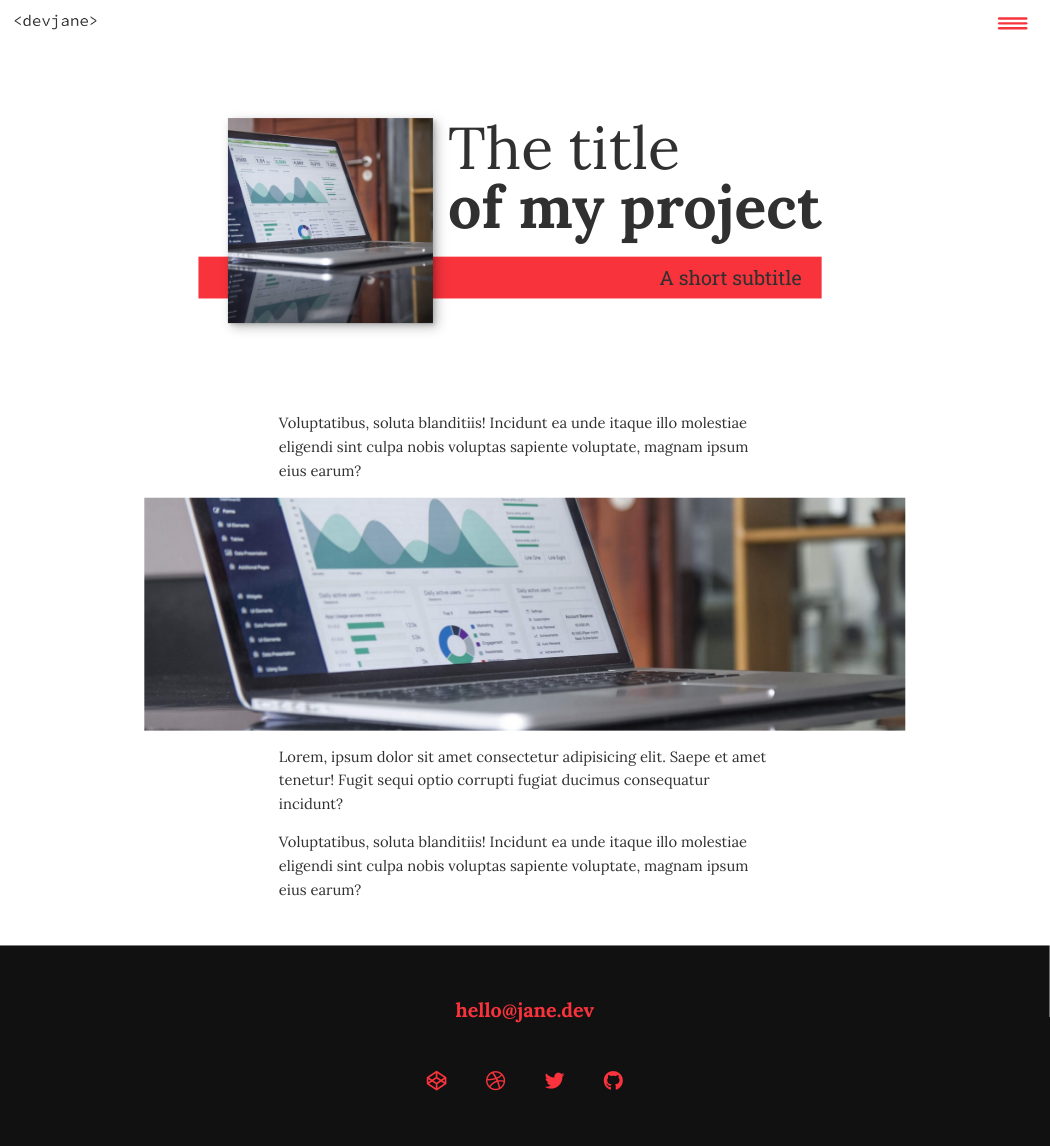
Repository: DinoDime/site
Page: portfolio-item.html
The author's editor kept a copy of each file at every save. The page is drawn from the files as they stood at one save, then again after the next save.
The browser window is 1280 px wide. The pictures show the whole page, at 82% of full size.
Some web libraries are served in a nearby version.

Above is the page before, as saved 2021-04-29 07:57:43.

### portfolio-item.html
<!DOCTYPE html>
<html lang="en">
  <head>
    <link
      rel="stylesheet"
      href="https://cdnjs.cloudflare.com/ajax/libs/normalize/8.0.1/normalize.css"
    />
    <meta charset="UTF-8" />
    <meta name="viewport" content="width=device-width, initial-scale=1.0" />
    <title>DevJane Portfolio Website</title>
    <link
      rel="stylesheet"
      href="https://cdnjs.cloudflare.com/ajax/libs/normalize/7.0.0/normalize.min.css"
    />
    <link
      rel="stylesheet"
      href="https://cdnjs.cloudflare.com/ajax/libs/font-awesome/5.11.2/css/all.css"
      integrity="sha256-46qynGAkLSFpVbEBog43gvNhfrOj+BmwXdxFgVK/Kvc="
      crossorigin="anonymous"
    />

    <!-- Update these with your own fonts -->
    <link
      href="https://fonts.googleapis.com/css?family=Lora:400,700|Roboto+Slab:400,700&display=swap"
      rel="stylesheet"
    />

    <link rel="stylesheet" href="css/style.css" />
  </head>
  <body>
    <header>
      <div class="logo">
        <img src="img/devjane.png" alt="" />
      </div>
      <button class="nav-toggle" aria-label="toggle navigation">
        <span class="hamburger"></span>
      </button>
      <nav class="nav">
        <ul class="nav__list">
          <li class="nav__item">
            <a href="index.html" class="nav__link">Home</a>
          </li>
          <li class="nav__item">
            <a href="index.html#services" class="nav__link">My Services</a>
          </li>
          <li class="nav__item">
            <a href="index.html#about" class="nav__link">About me</a>
          </li>
          <li class="nav__item">
            <a href="index.html#work" class="nav__link">My Work</a>
          </li>
        </ul>
      </nav>
    </header>

    <section class="intro">
      <h1 class="section__title section__title--intro">
        The title <strong>of my project</strong>
      </h1>
      <p class="section__subtitle section__subtitle--intro">A short subtitle</p>
      <img src="img/portfolio-01.jpg" alt="" class="intro__img" />
    </section>

    <div class="portfolio-item-individual">
      <p>
        Voluptatibus, soluta blanditiis! Incidunt ea unde itaque illo molestiae
        eligendi sint culpa nobis voluptas sapiente voluptate, magnam ipsum eius
        earum?
      </p>
      <img src="img/portfolio-details.jpg" alt="" />
      <p>
        Lorem, ipsum dolor sit amet consectetur adipisicing elit. Saepe et amet
        tenetur! Fugit sequi optio corrupti fugiat ducimus consequatur incidunt?
      </p>
      <p>
        Voluptatibus, soluta blanditiis! Incidunt ea unde itaque illo molestiae
        eligendi sint culpa nobis voluptas sapiente voluptate, magnam ipsum eius
        earum?
      </p>
    </div>

    <!-- Footer -->
    <footer class="footer">
      <!-- replace with your own email address -->
      <a href="mailto:hello@jane.dev" class="footer__link">hello@jane.dev</a>
      <ul class="social-list">
        <li class="social-list__item">
          <a class="social-list__link" href="https://codepen.io">
            <i class="fab fa-codepen"></i>
          </a>
        </li>
        <li class="social-list__item">
          <a class="social-list__link" href="http://dribbble.com">
            <i class="fab fa-dribbble"></i>
          </a>
        </li>
        <li class="social-list__item">
          <a class="social-list__link" href="https://twitter.com">
            <i class="fab fa-twitter"></i>
          </a>
        </li>
        <li class="social-list__item">
          <a class="social-list__link" href="https://github.com">
            <i class="fab fa-github"></i>
          </a>
        </li>
      </ul>
    </footer>

    <script src="js/index.js"></script>
  </body>
</html>

### css/style.css
*,
*::before,
*::after {
  box-sizing: border-box;
}

/* Custom Properties, update these for your own design */

:root {
  --ff-primary: "Lora", serif;
  --ff-secondary: "Roboto Slab", serif;

  --fw-reg: 400;
  --fw-bold: 700;

  --clr-light: #fff;
  --clr-dark: #303030;
  --clr-accent: #f8333c;

  --fs-h1: 3rem;
  --fs-h2: 2.25rem;
  --fs-h3: 1.25rem;
  --fs-body: 1rem;

  --bs: 0.25em 0.25em 0.75em rgba(0, 0, 0, 0.25),
    0.125em 0.125em 0.25em rgba(0, 0, 0, 0.15);
}

@media (min-width: 800px) {
  :root {
    --fs-h1: 4.5rem;
    --fs-h2: 3.75rem;
    --fs-h3: 1.5rem;
    --fs-body: 1.125rem;
  }
}

/* General styles */

/* endable this to add smooth scrolling */
/* html {
    scroll-behavior: smooth;
} */

body {
  background: var(--clr-light);
  color: var(--clr-dark);
  margin: 0;
  font-family: var(--ff-primary);
  font-size: var(--fs-body);
  line-height: 1.6;
}

section {
  padding: 5em 2em;
}

img {
  display: block;
  max-width: 100%;
}

strong {
  font-weight: var(--fw-bold);
}

:focus {
  outline: 3px solid var(--clr-accent);
  outline-offset: 3px;
}

/* Buttons */

.btn {
  display: inline-block;
  padding: 0.5em 2.5em;
  background: var(--clr-accent);
  color: var(--clr-dark);
  text-decoration: none;
  cursor: pointer;
  font-size: 0.8rem;
  text-transform: uppercase;
  letter-spacing: 2px;
  font-weight: var(--fw-bold);
  transition: transform 200ms ease-in-out;
}

.btn:hover {
  transform: scale(1.1);
}

/* Typography */

h1,
h2,
h3 {
  line-height: 1;
  margin: 0;
}

h1 {
  font-size: var(--fs-h1);
}
h2 {
  font-size: var(--fs-h2);
}
h3 {
  font-size: var(--fs-h3);
}

.section__title {
  margin-bottom: 0.25em;
}

.section__title--intro {
  font-weight: var(--fw-reg);
}

.section__title--intro strong {
  display: block;
}

.section__subtitle {
  margin: 0;
  font-size: var(--fs-h3);
}

.section__subtitle--intro,
.section__subtitle--about {
  background: var(--clr-accent);
  padding: 0.25em 1em;
  font-family: var(--ff-secondary);
  margin-bottom: 1em;
}

.section__subtitle--work {
  color: var(--clr-accent);
  font-weight: var(--fw-bold);
  margin-bottom: 2em;
}

/* header */

header {
  display: flex;
  justify-content: space-between;
  padding: 1em;
}

.logo {
  max-width: 100px;
}

.nav {
  position: fixed;
  background: var(--clr-dark);
  color: var(--clr-light);
  top: 0;
  bottom: 0;
  left: 0;
  right: 0;
  z-index: 100;

  transform: translateX(100%);
  transition: transform 250ms cubic-bezier(0.5, 0, 0.5, 1);
}

.nav__list {
  list-style: none;
  display: flex;
  height: 100%;
  flex-direction: column;
  justify-content: space-evenly;
  align-items: center;
  margin: 0;
  padding: 0;
}

.nav__link {
  color: inherit;
  font-weight: var(--fw-bold);
  font-size: var(--fs-h2);
  text-decoration: none;
}

.nav__link:hover {
  color: var(--clr-accent);
}

.nav-toggle {
  padding: 0.5em;
  background: transparent;
  border: 0;
  cursor: pointer;
  position: absolute;
  right: 1em;
  top: 1em;
  z-index: 1000;
}

.nav-open .nav {
  transform: translateX(0);
}

.nav-open .nav-toggle {
  position: fixed;
}

.nav-open .hamburger {
  transform: rotate(0.625turn);
}

.nav-open .hamburger::before {
  transform: rotate(90deg) translateX(-6px);
}

.nav-open .hamburger::after {
  opacity: 0;
}

.hamburger {
  display: block;
  position: relative;
}

.hamburger,
.hamburger::before,
.hamburger::after {
  background: var(--clr-accent);
  width: 2em;
  height: 3px;
  border-radius: 1em;
  transition: transform 250ms ease-in-out;
}

.hamburger::before,
.hamburger::after {
  content: "";
  position: absolute;
  left: 0;
  right: 0;
}

.hamburger::before {
  top: 6px;
}
.hamburger::after {
  bottom: 6px;
}

/*  Intro section  */

.intro {
  position: relative;
}

.intro__img {
  box-shadow: var(--bs);
}

.section__subtitle--intro {
  display: inline-block;
}

@media (min-width: 600px) {
  .intro {
    display: grid;
    width: min-content;
    margin: 0 auto;
    grid-column-gap: 1em;
    grid-template-areas:
      "img title"
      "img subtitle";
    grid-template-columns: min-content max-content;
  }

  .intro__img {
    grid-area: img;
    min-width: 250px;
    position: relative;
    z-index: 2;
  }

  .section__subtitle--intro {
    align-self: start;
    grid-column: -1 / 1;
    grid-row: 2;
    text-align: right;
    position: relative;
    left: -1.5em;
    width: calc(100% + 1.5em);
  }
}

/*  My services section  */

.my-services {
  background-color: var(--clr-dark);
  background-image: url(../img/services-bg.jpg);
  background-size: cover;
  /* background-blend-mode: multiply; */
  color: var(--clr-light);
  text-align: center;
}

.section__title--services {
  color: var(--clr-accent);
  position: relative;
}

.section__title--services::after {
  content: "";
  display: block;
  width: 2em;
  height: 1px;
  margin: 0.5em auto 1em;
  background: var(--clr-light);
  opacity: 0.25;
}

.services {
  margin-bottom: 4em;
}

.service {
  max-width: 500px;
  margin: 0 auto;
}

@media (min-width: 800px) {
  .services {
    display: flex;
    max-width: 1000px;
    margin-left: auto;
    margin-right: auto;
  }

  .service + .service {
    margin-left: 2em;
  }
}

.about-me {
  max-width: 1000px;
  margin: 0 auto;
}

.about-me__img {
  box-shadow: var(--bs);
}

@media (min-width: 600px) {
  .about-me {
    display: grid;
    grid-template-columns: 1fr 200px;
    grid-template-areas:
      "title img"
      "subtitle img"
      "text img";
    grid-column-gap: 2em;
  }

  .section__title--about {
    grid-area: title;
  }

  .section__subtitle--about {
    grid-column: 1 / -1;
    grid-row: 2;
    position: relative;
    left: -1em;
    width: calc(100% + 2em);
    padding-left: 1em;
    padding-right: calc(200px + 4em);
  }

  .about-me__img {
    grid-area: img;
    position: relative;
    z-index: 2;
  }
}

/* My Work */

.my-work {
  background-color: var(--clr-dark);
  color: var(--clr-light);
  text-align: center;
}

.portfolio {
  display: grid;
  grid-template-columns: repeat(auto-fit, minmax(300px, 1fr));
}

.portfolio__item {
  background: var(--clr-accent);
  overflow: hidden;
}

.portfolio__img {
  transition: transform 750ms cubic-bezier(0.5, 0, 0.5, 1), opacity 250ms linear;
}

.portfolio__item:focus {
  position: relative;
  z-index: 2;
}

.portfolio__img:hover,
.portfolio__item:focus .portfolio__img {
  transform: scale(1.2);
  opacity: 0.5;
}

/* footer */

.footer {
  background: #111;
  color: var(--clr-accent);
  text-align: center;
  padding: 2.5em 0;
  font-size: var(--fs-h3);
}

.footer a {
  color: inherit;
  text-decoration: none;
}

.footer__link {
  font-weight: var(--fw-bold);
}

.footer__link:hover,
.social-list__link:hover {
  opacity: 0.7;
}

.footer__link:hover {
  text-decoration: underline;
}

.social-list {
  list-style: none;
  display: flex;
  justify-content: center;
  margin: 2em 0 0;
  padding: 0;
}

.social-list__item {
  margin: 0 0.5em;
}

.social-list__link {
  padding: 0.5em;
}

/* Individual portfolio item styles */

.portfolio-item-individual {
  padding: 0 2em 2em;
  max-width: 1000px;
  margin: 0 auto;
}

.portfolio-item-individual p {
  max-width: 600px;
  margin-left: auto;
  margin-right: auto;
}

Loaded but not shown: js/index.js (no copy from this time; the picture is the same without it)

After the next save:
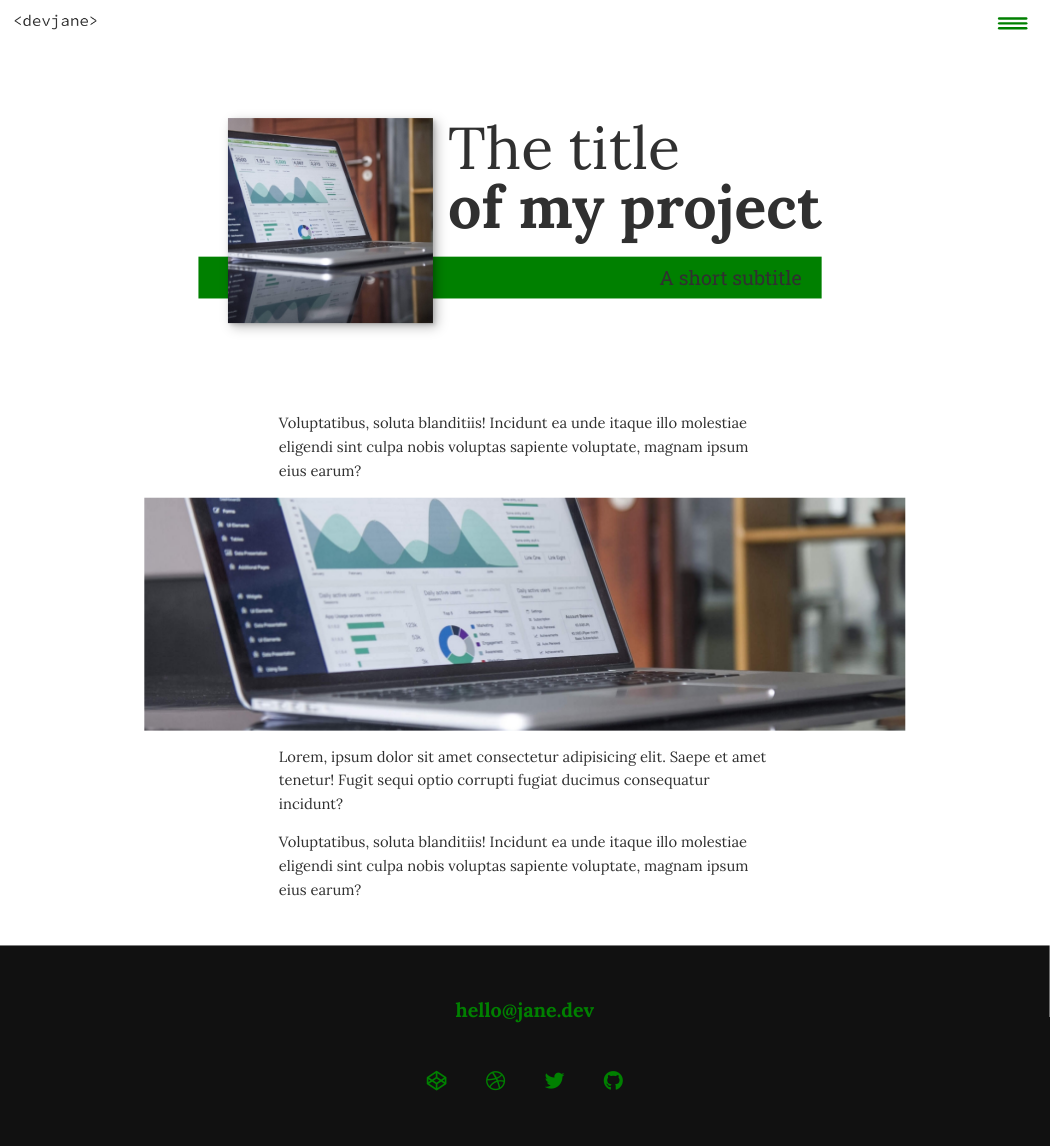
Saved 16 s later.
--- a/css/style.css
+++ b/css/style.css
@@ -15,7 +15,7 @@
 
   --clr-light: #fff;
   --clr-dark: #303030;
-  --clr-accent: #f8333c;
+  --clr-accent: green;
 
   --fs-h1: 3rem;
   --fs-h2: 2.25rem;
